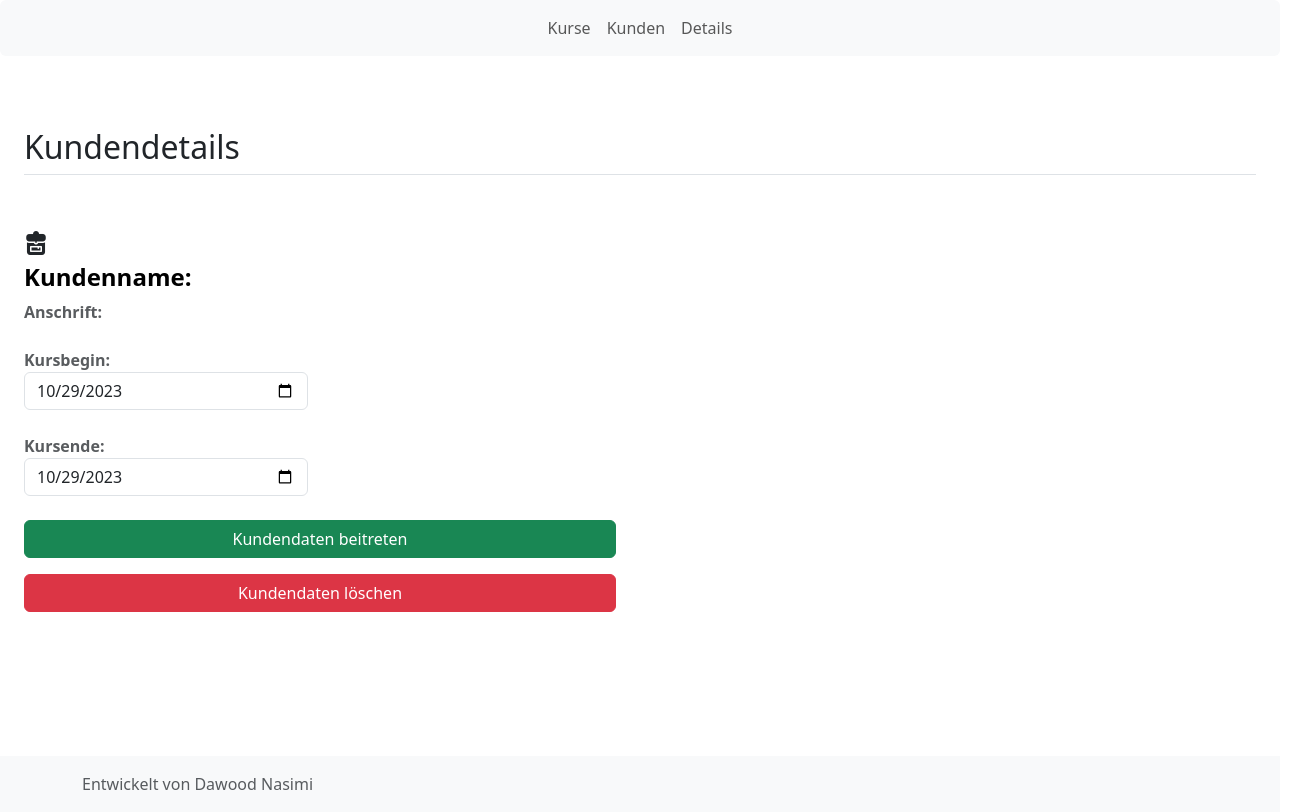
Repository: Dawoodnasimi/kurse
Page: templates/kunden/show.html.twig
The author's editor kept a copy of each file at every save. The page is drawn from the files as they stood at one save, then again after the next save.
The browser window is 1280 px wide. The page is 1280 px wide, then 1292 px, so the pictures cover 1292 px, including what lies to the right of the window. The pictures show the whole page.
The page is a Twig template of a Symfony application; nobody is signed in and links lead nowhere. Other server files are loaded and not shown. The template is opened directly, without the code that normally fills it, so the values that code supplies are empty.

Above is the page before, as saved 2023-10-29 12:39:36.

### templates/kunden/show.html.twig
{% extends 'base.html.twig' %}

{% block title %}
	Kunden
{% endblock %}

{% block body %}
	<div class="container-fluid mb-5 px-4 py-5 kundendetails">
		<h2 class="pb-2 border-bottom">Kundendetails</h2>

		<div class="row row-cols-1 row-cols-md-2 align-items-md-center g-5 py-5">
			<div class="col d-flex flex-column gap-2">
				<div class="col">
					<div class="row row-cols-1 row-cols-sm-2 g-4">
						<div class="col d-flex flex-column gap-2">
							<div class="bi bi-backpack4-fill d-inline-flex align-items-center justify-content-start bg-gradient fs-4 rounded-3"></div>
							<h4 class="fw-semibold mb-0 text-body-emphasis"><strong>Kundenname: </strong>{{ kunde.name }}</h4>
							<p class="text-body-secondary"><strong>Anschrift: </strong>{{ kunde.anschrift }}</p>
							<p class="text-body-secondary"><strong>Kursbegin: </strong>
							<input type='date' class='form-control' id='date' name='date' value='{{ kunde.begin|date('Y-m-d') }}' required>
							</p>
							<p class="text-body-secondary"><strong>Kursende: </strong>
							<input type='date' class='form-control' id='date' name='date' value='{{ kunde.ende|date('Y-m-d') }}' required>
							</p>
						</div>
					</div>
				</div>

				<a href="{{ path('app_kunden') }}/bearbeiten/{{ kunde.id }}" class="btn btn-success mb-2" type="button">Kundendaten beitreten</a>
				<a href="{{ path('app_kunden') }}/loeschen/{{ kunde.id }}" class="btn btn-danger" type="button">Kundendaten löschen</a>

			</div>

		</div>
	</div>
{% endblock %}

### templates/base.html.twig
<!DOCTYPE html>
<html>
	<head>
		<meta charset="UTF-8">
		<title>
			{% block title %}
			Kurse
			{% endblock %}
		</title>

		{% block stylesheets %}
		{{ encore_entry_link_tags('app') }}
		<link href="https://cdn.jsdelivr.net/npm/bootstrap@5.3.2/dist/css/bootstrap.min.css" rel="stylesheet" integrity="sha384-T3c6CoIi6uLrA9TneNEoa7RxnatzjcDSCmG1MXxSR1GAsXEV/Dwwykc2MPK8M2HN" crossorigin="anonymous">
		<link rel="stylesheet" href="https://cdn.jsdelivr.net/npm/bootstrap-icons@1.11.1/font/bootstrap-icons.css">

		{% endblock %}


		{% block javascripts %}
		{{ encore_entry_script_tags('app') }}

		<script src="https://cdn.jsdelivr.net/npm/bootstrap@5.3.2/dist/js/bootstrap.bundle.min.js" integrity="sha384-C6RzsynM9kWDrMNeT87bh95OGNyZPhcTNXj1NW7RuBCsyN/o0jlpcV8Qyq46cDfL" crossorigin="anonymous"></script>

		{% endblock %}

	</head>

	<body>

{% block header %}
    <nav class="navbar navbar-expand-lg bg-body-tertiary rounded" aria-label="Twelfth navbar example">
        <div class="container-fluid">
            <button class="navbar-toggler" type="button" data-bs-toggle="collapse" data-bs-target="#navbars_ziff" aria-controls="navbars_ziff" aria-expanded="false" aria-label="Toggle navigation">
                <span class="navbar-toggler-icon"></span>
            </button>

            <div class="collapse navbar-collapse justify-content-md-center" id="navbars_ziff">
                <ul class="navbar-nav">
                    <li class="nav-item">
                        <a class="nav-link {% if app.request.attributes.get('_route') == 'app_kurse' %}active{% endif %}" aria-current="page" href="{{ path('app_kurse') }}">Kurse</a>
                    </li>
                    <li class="nav-item">
                        <a class="nav-link {% if app.request.attributes.get('_route') == 'app_kunden' %}active{% endif %}" href="{{ path('app_kunden') }}">Kunden</a>
                    </li>
                    <li class="nav-item">
                        <a class="nav-link {% if app.request.attributes.get('_route') == 'app_details' %}active{% endif %}" href="{{ path('app_details') }}">Details</a>
                    </li>
                </ul>
            </div>
        </div>
    </nav>
	<br>
{% endblock %}

{% block body %}{% endblock %}

{% block footer %}
		<footer class="footer mt-auto py-3 bg-body-tertiary">
			<div class="container">
				<span class="text-muted">Entwickelt von Dawood Nasimi</span>
			</div>
		</footer>
{% endblock %}

	</body>
</html>

Loaded but not shown: webpack.config.js (common file)

After the next save:
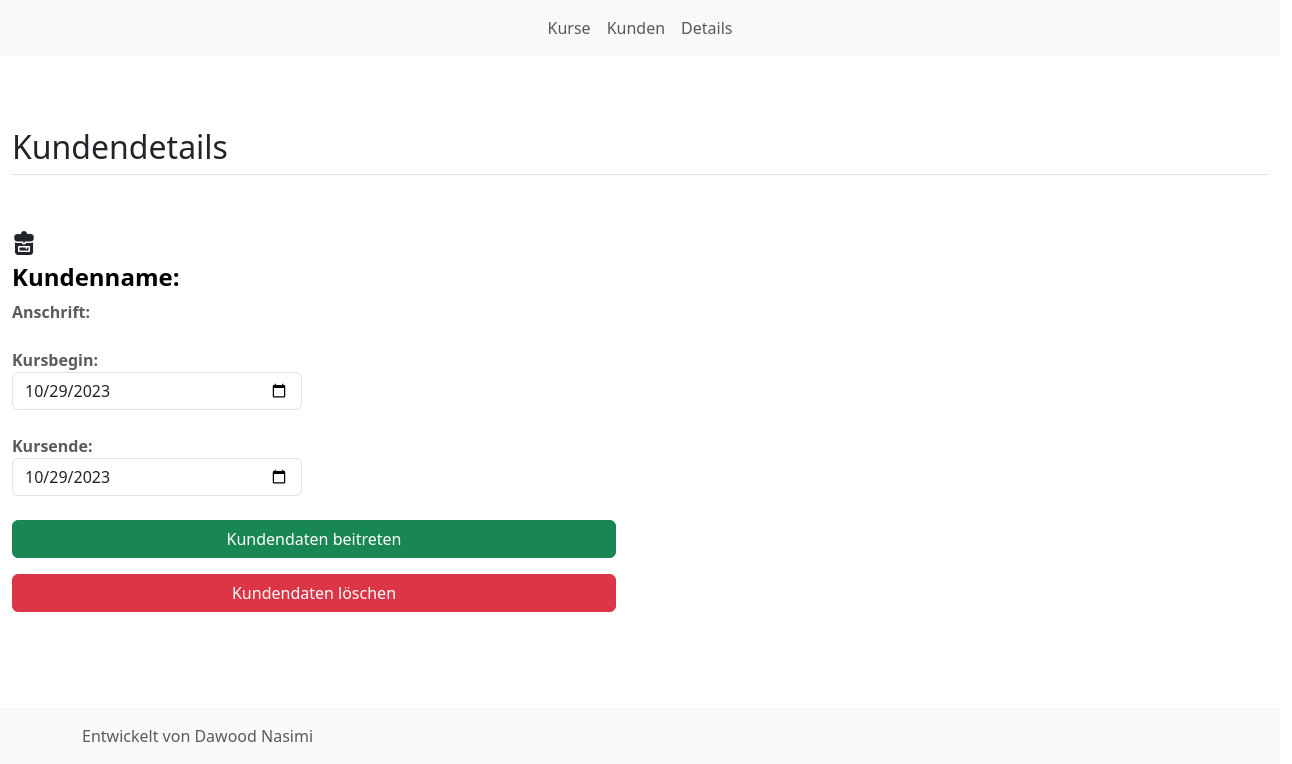
Saved 13 s later.
--- a/templates/kunden/show.html.twig
+++ b/templates/kunden/show.html.twig
@@ -5,7 +5,7 @@
 {% endblock %}
 
 {% block body %}
-	<div class="container-fluid mb-5 px-4 py-5 kundendetails">
+	<div class="container-fluid py-5 kundendetails">
 		<h2 class="pb-2 border-bottom">Kundendetails</h2>
 
 		<div class="row row-cols-1 row-cols-md-2 align-items-md-center g-5 py-5">
